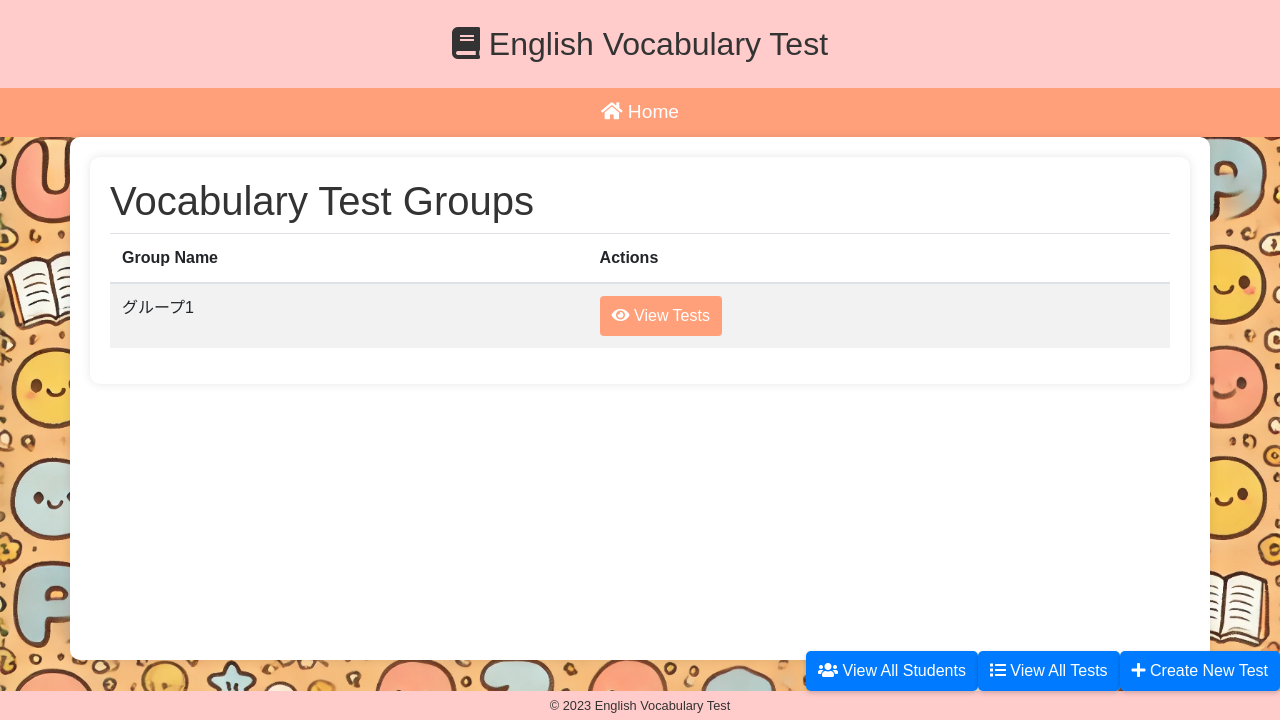
Repository: YamatoGH/testapp
Page: http://localhost/
These files come from the project's save history. The page is drawn as it stood at one moment and after the next save; the edit follows.
The browser window is 1280 px wide. The pictures show the whole page.
The page is served by the project's application, run on Django 5.2 (manage.py). Other server files are loaded and not shown.

Above is the page before, as saved 2024-07-31 20:32:46.

### testapp/templates/testapp/home.html
{% extends "testapp/base.html" %}

{% block title %}Home{% endblock %}

{% block content %}
<div class="container">
    <h1>Vocabulary Test Groups</h1>
    <table class="table table-striped table-hover">
        <thead>
            <tr>
                <th>Group Name</th>
                <th>Actions</th>
            </tr>
        </thead>
        <tbody>
            <tr>
                <td>グループ1</td>
                <td><a href="/group-tests/1/" class="btn btn-custom"><i class="fas fa-eye"></i> View Tests</a></td>
            </tr>
        </tbody>
    </table>
</div>

<div class="fixed-buttons">
    <a href="/students/" class="btn btn-custom view-all-students-button"><i class="fas fa-users"></i> View All Students</a>
    <a href="/all-tests/" class="btn btn-custom all-tests-button"><i class="fas fa-list"></i> View All Tests</a>
    <a href="/create-test/" class="btn btn-custom create-test-button"><i class="fas fa-plus"></i> Create New Test</a>
</div>
{% endblock %}

### testapp/templates/testapp/base.html
<!DOCTYPE html>
<html>
<head>
    {% load static %}
    <title>{% block title %}English Vocabulary Test{% endblock %}</title>
    <link rel="stylesheet" href="https://stackpath.bootstrapcdn.com/bootstrap/4.3.1/css/bootstrap.min.css">
    <link rel="stylesheet" href="https://cdnjs.cloudflare.com/ajax/libs/font-awesome/5.15.3/css/all.min.css">
    <link rel="stylesheet" type="text/css" href="{% static 'testapp/css/style.css' %}">
</head>
<body>
    <header>
        <i class="fas fa-book"></i> English Vocabulary Test
    </header>
    <nav>
        <a href="{% url 'home' %}"><i class="fas fa-home"></i> Home</a>
    </nav>
    <div class="container">
        {% block content %}{% endblock %}
    </div>
    <footer>
        &copy; 2023 English Vocabulary Test
    </footer>
</body>
<script>
    document.addEventListener("DOMContentLoaded", function() {
        var coll = document.getElementsByClassName("collapsible");
        for (var i = 0; i < coll.length; i++) {
            coll[i].addEventListener("click", function() {
                this.classList.toggle("active");
                var content = this.nextElementSibling;
                if (content.style.display === "block") {
                    content.style.display = "none";
                } else {
                    content.style.display = "block";
                }
            });
        }
    });
</script>
</html>

### testapp/views.py
from django.shortcuts import render, get_object_or_404, redirect
from django.contrib import messages
from .models import Test, Word, Student, Group
from .forms import StudentDetailForm, TestForm, UploadFileForm
import csv
import io
import random

def home(request):
    groups = Group.objects.all()
    return render(request, 'testapp/home.html', {'groups': groups})

def test_detail(request, pk):
    test = get_object_or_404(Test, pk=pk)
    words = test.words.all()
    return render(request, 'testapp/test_detail.html', {'test': test, 'words': words})

def all_tests(request):
    tests = Test.objects.all()
    return render(request, 'testapp/all_tests.html', {'tests': tests})

def print_test(request, pk, start_index, end_index, shuffle):
    test = get_object_or_404(Test, pk=pk)
    words = list(test.words.all())
    if shuffle == 'yes':
        random.shuffle(words)
    words = words[start_index:end_index]
    return render(request, 'testapp/print_test.html', {'test': test, 'words': words})

def print_test_with_answers(request, pk, start_index, end_index, shuffle):
    test = get_object_or_404(Test, pk=pk)
    words = list(test.words.all())
    if shuffle == 'yes':
        random.shuffle(words)
    words = words[start_index:end_index]
    return render(request, 'testapp/print_test_with_answers.html', {'test': test, 'words': words})

def add_student(request):
    if request.method == 'POST':
        form = StudentDetailForm(request.POST)
        if form.is_valid():
            form.save()
            return redirect('student_list')
        else:
            messages.error(request, "Form is not valid")
    else:
        form = StudentDetailForm()
    return render(request, 'testapp/add_student.html', {'form': form})

def student_list(request):
    students = Student.objects.all()
    return render(request, 'testapp/student_list.html', {'students': students})

def student_detail(request, pk):
    student = get_object_or_404(Student, pk=pk)
    if request.method == 'POST':
        form = StudentDetailForm(request.POST, instance=student)
        if form.is_valid():
            form.save()
            messages.success(request, '保存に成功しました。')
            if 'print' in request.POST:
                return redirect('print_test', pk=student.current_test.pk, start_index=form.cleaned_data['start_index'], end_index=form.cleaned_data['last_index'], shuffle=form.cleaned_data['shuffle'])
            else:
                return redirect('student_detail', pk=student.pk)
        else:
            messages.error(request, "Form is not valid")
            print(form.errors)  # デバッグ用
    else:
        form = StudentDetailForm(instance=student)

    return render(request, 'testapp/student_detail.html', {'form': form, 'student': student})

def group_tests(request, pk):
    group = get_object_or_404(Group, pk=pk)
    tests = group.tests.all()
    return render(request, 'testapp/group_tests.html', {'group': group, 'tests': tests})

### vocab_test/urls.py
"""
URL configuration for vocab_test project.

The `urlpatterns` list routes URLs to views. For more information please see:
    https://docs.djangoproject.com/en/5.0/topics/http/urls/
Examples:
Function views
    1. Add an import:  from my_app import views
    2. Add a URL to urlpatterns:  path('', views.home, name='home')
Class-based views
    1. Add an import:  from other_app.views import Home
    2. Add a URL to urlpatterns:  path('', Home.as_view(), name='home')
Including another URLconf
    1. Import the include() function: from django.urls import include, path
    2. Add a URL to urlpatterns:  path('blog/', include('blog.urls'))
"""
from django.contrib import admin
from django.urls import include, path
from django.conf import settings
from django.conf.urls.static import static

urlpatterns = [
    path('admin/', admin.site.urls),
    path('', include('testapp.urls')),
]+ static(settings.MEDIA_URL, document_root=settings.MEDIA_ROOT)

### testapp/urls.py
from django.urls import path
from . import views

urlpatterns = [
    path('', views.home, name='home'),
    path('test/<int:pk>/', views.test_detail, name='test_detail'),
    path('all-tests/', views.all_tests, name='all_tests'),
    path('print-test/<int:pk>/<int:start_index>/<int:end_index>/<str:shuffle>/', views.print_test, name='print_test'),
    path('print-test-with-answers/<int:pk>/<int:start_index>/<int:end_index>/<str:shuffle>/', views.print_test_with_answers, name='print_test_with_answers'),
    path('add-student/', views.add_student, name='add_student'),
    path('students/', views.student_list, name='student_list'),
    path('students/<int:pk>/', views.student_detail, name='student_detail'),
    path('group-tests/<int:pk>/', views.group_tests, name='group_tests'),
]

### testapp/static/testapp/css/style.css
body {
    font-family: 'Comic Sans MS', cursive, sans-serif;
    background-color: #f0f8ff;
    color: #333;
    margin: 0;
    padding: 0;
    background-image: url('/static/testapp/images/background.jpg');
    background-size: cover;
    background-repeat: no-repeat;
    background-attachment: fixed;
    display: flex;
    flex-direction: column;
    min-height: 100vh;
}

header {
    background-color: #ffcccb;
    padding: 20px;
    text-align: center;
    font-size: 2em;
    color: #333;
}

nav {
    background-color: #ffa07a;
    padding: 10px;
    text-align: center;
}

nav a {
    margin: 0 15px;
    color: #fff;
    text-decoration: none;
    font-size: 1.2em;
}

nav a:hover {
    text-decoration: underline;
}

.container {
    flex: 1;
    padding: 20px;
    background-color: rgba(255, 255, 255, 1.0);
    border-radius: 10px;
    box-shadow: 0 0 10px rgba(0, 0, 0, 0.1);
    margin-bottom: 60px;
}

footer {
    background-color: #ffcccb;
    padding: 5px;
    text-align: center;
    font-size: 0.8em;
    position: fixed;
    width: 100%;
    bottom: 0;
}

form .btn-save {
    background-color: #28a745 !important;
    color: white !important;
    padding: 10px 20px !important;
    border: none !important;
    text-align: center !important;
    text-decoration: none !important;
    display: inline-block !important;
    font-size: 16px !important;
    margin: 4px 2px !important;
    transition-duration: 0.4s !important;
    cursor: pointer !important;
}

form .btn-save:hover {
    background-color: white !important;
    color: black !important;
    border: 2px solid #28a745 !important;
}

form .btn-print {
    background-color: #87CEEB !important;
    color: white !important;
    padding: 10px 20px !important;
    border: none !important;
    text-align: center !important;
    text-decoration: none !important;
    display: inline-block !important;
    font-size: 16px !important;
    margin: 4px 2px !important;
    transition-duration: 0.4s !important;
    cursor: pointer !important;
}

form .btn-print:hover {
    background-color: white !important;
    color: black !important;
    border: 2px solid #87CEEB !important;
}

.btn-custom {
    background-color: #ffa07a !important;
    color: white !important;
    padding: 8px 12px !important;
    border: none !important;
    text-align: center !important;
    text-decoration: none !important;
    display: inline-block !important;
    font-size: 16px !important;
    margin: 0 !important;
    transition-duration: 0.4s !important;
    cursor: pointer !important;
    border-radius: 0.25rem !important; /* Bootstrapのデフォルトと一致させる */
}

.btn-custom:hover {
    background-color: white !important;
    color: black !important;
    border: 2px solid #ffa07a !important;
}


.collapsible {
    cursor: pointer;
    padding: 10px;
    width: 100%;
    border: none;
    text-align: center;
    outline: none;
    font-size: 1em;
}

.active, .collapsible:hover {
    background-color: #ddd;
}

.collapsible-content {
    display: none;
    overflow: hidden;
    padding: 0 10px;
}

.fixed-buttons {
    position: fixed !important;
    bottom: 29px !important;
    right: 0px !important;
    display: flex !important;
    flex-direction: row !important;
    gap: 0 !important;
    align-items: center !important;
    z-index: 1000 !important;
    padding: 0 !important;
}

.fixed-buttons .btn-custom {
    background-color: #007bff !important;
    color: white !important;
    padding: 8px 12px !important;
    border-radius: 5px !important;
    text-decoration: none !important;
    box-shadow: 0 2px 5px rgba(0,0,0,0.2) !important;
    transition: background-color 0.3s ease !important;
}

.fixed-buttons .btn-custom:hover {
    background-color: #0056b3 !important;
}

.view-all-students-button,
.all-tests-button,
.create-test-button {
    margin: 0 !important;
}

.form-group {
    display: flex !important;
    align-items: center !important;
}

.form-group button,
.form-group .btn-custom {
    margin-left: 10px !important;
}

.note-field {
    width: 100%;
    max-width: 400px; /* 必要に応じて調整 */
    height: 50px;
}

.alert {
    position: fixed;
    bottom: 5px;
    left: 50%;
    transform: translateX(-50%);
    background-color: #28a745;
    color: white;
    padding: 10px 20px;
    border-radius: 5px;
    box-shadow: 0 2px 5px rgba(0, 0, 0, 0.2);
    z-index: 1000;
    transition: opacity 0.5s ease-out, display 0.5s ease-out;
}

.btn-create {
    background-color: #28a745; /* Green color */
    border: none;
    color: white;
    padding: 10px 20px;
    text-align: center;
    text-decoration: none;
    display: inline-block;
    font-size: 16px;
    margin: 4px 2px;
    transition-duration: 0.4s;
    cursor: pointer;
}

.btn-create:hover {
    background-color: #218838; /* Darker green */
    color: white;
    border: 2px solid #218838;
}

.btn-add-words {
    background-color: #007bff; /* Light blue color */
    border: none;
    color: white;
    padding: 10px 20px;
    text-align: center;
    text-decoration: none;
    display: inline-block;
    font-size: 16px;
    margin: 4px 2px;
    transition-duration: 0.4s;
    cursor: pointer;
}

.btn-add-words:hover {
    background-color: #0056b3; /* Darker blue */
    color: white;
    border: 2px solid #0056b3;
}

After the next save:
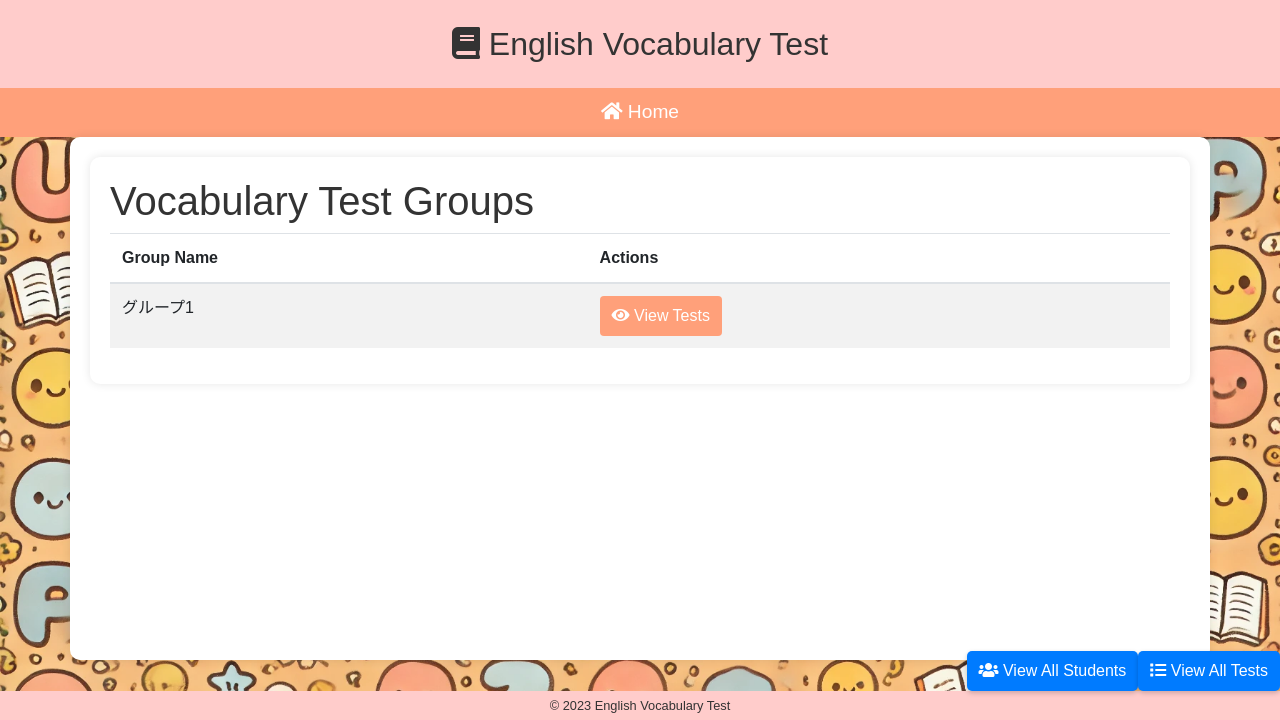
Saved 91 s later.
--- a/testapp/templates/testapp/home.html
+++ b/testapp/templates/testapp/home.html
@@ -24,6 +24,5 @@
 <div class="fixed-buttons">
     <a href="/students/" class="btn btn-custom view-all-students-button"><i class="fas fa-users"></i> View All Students</a>
     <a href="/all-tests/" class="btn btn-custom all-tests-button"><i class="fas fa-list"></i> View All Tests</a>
-    <a href="/create-test/" class="btn btn-custom create-test-button"><i class="fas fa-plus"></i> Create New Test</a>
 </div>
 {% endblock %}

After the save that followed:
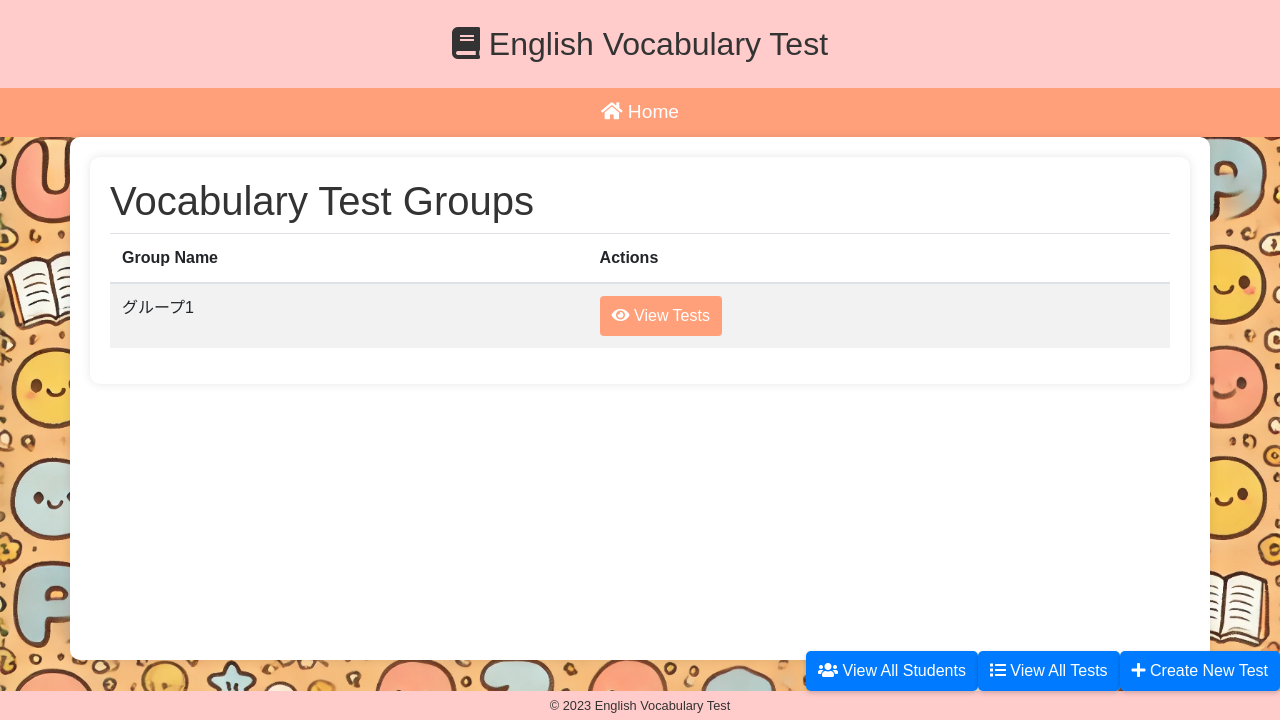
Saved 3 min 4 s later.
--- a/testapp/templates/testapp/home.html
+++ b/testapp/templates/testapp/home.html
@@ -24,5 +24,6 @@
 <div class="fixed-buttons">
     <a href="/students/" class="btn btn-custom view-all-students-button"><i class="fas fa-users"></i> View All Students</a>
     <a href="/all-tests/" class="btn btn-custom all-tests-button"><i class="fas fa-list"></i> View All Tests</a>
+    <a href="/create-test/" class="btn btn-custom create-test-button"><i class="fas fa-plus"></i> Create New Test</a>
 </div>
 {% endblock %}
